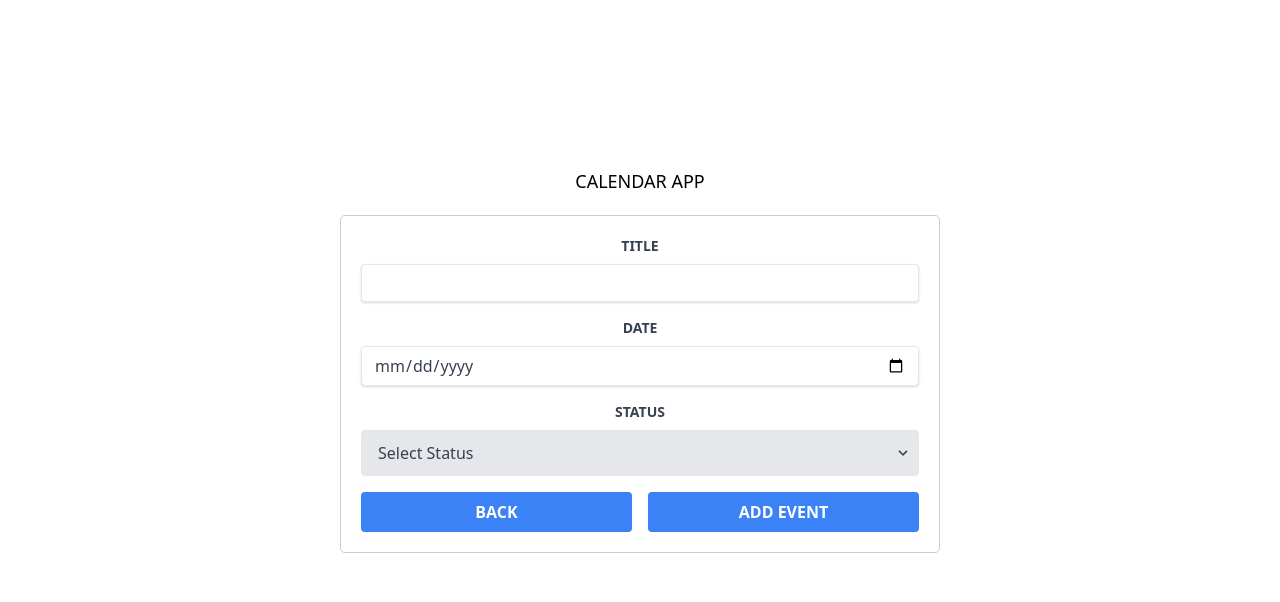
Repository: maikeru-desu/parking-lot
Page: /add (app in parking-lot-fe/)
The author's editor kept a copy of each file at every save. The page is drawn from the files as they stood at one save, then again after the next save.
The browser window is 1280 px wide. The pictures show the whole page.
The project was rebuilt for these pictures with package versions that can differ from the ones it lists, and the page was loaded fresh each time. Also part of the build but not shown: parking-lot-fe/craco.config.js, parking-lot-fe/src/pages/Home.js, parking-lot-fe/src/pages/Edit.js.

Above is the page before, as saved 2021-10-14 07:17:10.

After the next save:
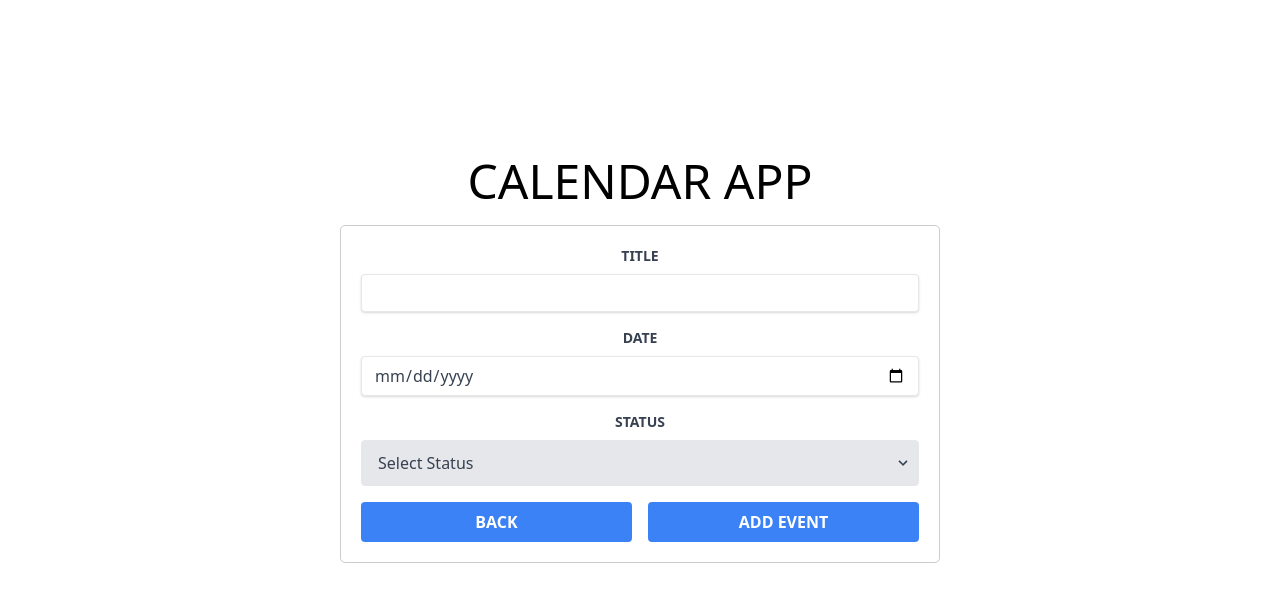
Saved 10 s later.
--- a/parking-lot-fe/src/App.js
+++ b/parking-lot-fe/src/App.js
@@ -8,7 +8,7 @@ import Edit from './pages/Edit';
 function App() {
   return (
     <div className="App">
-          <h1 class="mb-5 text-lg">CALENDAR APP</h1>
+          <h1 class="mb-5 text-5xl">CALENDAR APP</h1>
         <Switch>
             <Route exact path="/" component={Home} />
             <Route exact path="/add" component={Add} />
